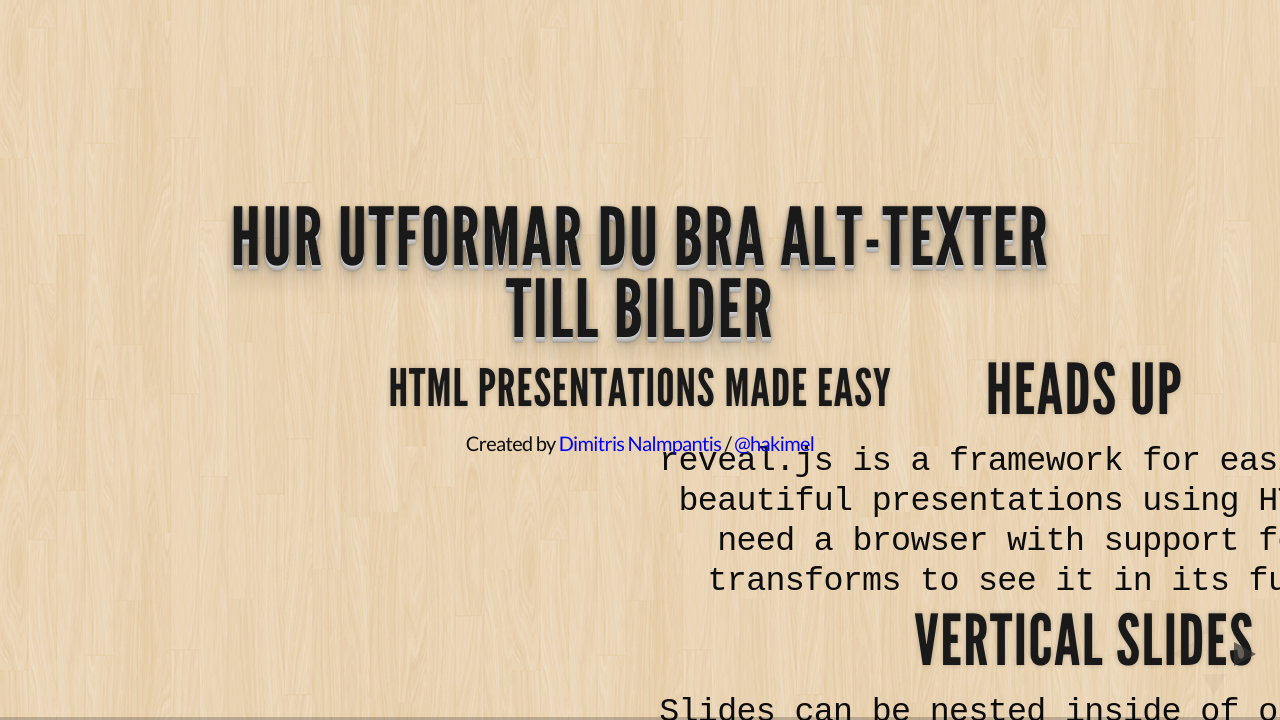
Repository: dn222em/lik415-dn222em-Webbsideprojekt
Page: index.html
The author's editor kept a record of every edit. The page is drawn from the files as they stood at one moment, then again after the next edit.
The browser window is 1280 px wide. The pictures show the whole page.

Above is the page before.

### index.html
<!doctype html>
<html lang="en">

	<head>
		<meta charset="utf-8">

		<title>Alt-text</title>

		<meta name="description" content="Hur utfomrar man bra alt-texter till bilder">
		<meta name="author" content="Dimitris Nalmpantis">

		<meta name="apple-mobile-web-app-capable" content="yes" />
		<meta name="apple-mobile-web-app-status-bar-style" content="black-translucent" />

		<meta name="viewport" content="width=device-width, initial-scale=1.0, maximum-scale=1.0, user-scalable=no">

		<link rel="stylesheet" href="css/reveal.min.css">
		<link rel="stylesheet" href="css/theme/dimis.css" id="theme">

		<!-- For syntax highlighting -->
		<link rel="stylesheet" href="lib/css/zenburn.css">

		<!-- If the query includes 'print-pdf', include the PDF print sheet -->
		<script>
			if( window.location.search.match( /print-pdf/gi ) ) {
				var link = document.createElement( 'link' );
				link.rel = 'stylesheet';
				link.type = 'text/css';
				link.href = 'css/print/pdf.css';
				document.getElementsByTagName( 'head' )[0].appendChild( link );
			}
		</script>

		<!--[if lt IE 9]>
		<script src="lib/js/html5shiv.js"></script>
		<![endif]-->
	</head>

	<body>

		<div class="reveal">

			<!-- Any section element inside of this container is displayed as a slide -->
			<div class="slides">
				<section>
					<h1>Hur utformar du bra alt-texter till bilder</h1>
					<h3>HTML Presentations Made Easy</h3>
					<p>
						<small>Created by <a href="http://hakim.se">Dimitris Nalmpantis</a> / <a href="http://twitter.com/hakimel">@hakimel</a></small>
					</p>
				</section>
				<section>
						<h2>Vad innebär alt-texten?</h2>
						<ul>
							<li class="fragment highlight-red" class="fragment"><em>Meningsbärande bilder:</em></li><br>
							<li class="fragment highlight-red" class="fragment"><em>Alt-texten finns för att:</em></li><br>
							<li class="fragment highlight-red" class="fragment"><em>Alt-texten skall :</em></li>
						</ul>

					</section>
					<section id="fragments">
					<h2>Regler för rätt utformning</h2>
						<ul id="three">
							<li class="fragment"><strong>alt=""</strong></li><br>
							<li class="fragment"><strong>Minimum 8 tecken - maximum 100 - gräns 150 tecken</strong></li><br>
							<li class="fragment"><strong>Bildtext == alt-text</strong></li><br>
							<li class="fragment"><strong>Bild som länk</strong></li><br>
							<li class="fragment"><strong>Övrigt</strong></li>

						</ul>
					</section>
                <section>
				    <h2>Mina källor:</h2>
					    <p class="kallor"><code>Verva -verket för förvaltnings utveckling</code>
( http://arkiv.edelegationen.se/verva/verksamhetsstod/webb/vl24/2006/5/6/1/index.html )
						  </p>
						  <p class="kallor"><code>eutveckling.se</code>
( http://www.eutveckling.se/riktlinjer/webb/5/6/1/ )
							</p>
							<p><code>initiva.se</code>
( http://www.initiva.se/Sokmotoroptimering/Bra_tips_for_att_synas_battre_hos_sokmotorerna )
							</p>
							<p><code>Stockholms Universitet</code>
( http://www.su.se/medarbetare/visuellidentitet/identitetselement/tonalitet-och-spr%C3%A5k/att-skriva-f%C3%B6r-olika-kanaler/att-skriva-f%C3%B6r-webben )
							</p>
							<p><code>användbart.se
( http://www.anvandbart.se/ab/alt/ )
							</p>
					</section>
				<section>
					<h2>Heads Up</h2>
					<p>
						reveal.js is a framework for easily creating beautiful presentations using HTML. You'll need a browser with
						support for CSS 3D transforms to see it in its full glory.
					</p>

					<aside class="notes">
						Oh hey, these are some notes. They'll be hidden in your presentation, but you can see them if you open the speaker notes window (hit 's' on your keyboard).
					</aside>
				</section>

				<!-- Example of nested vertical slides -->
				<section>
					<section>
						<h2>Vertical Slides</h2>
						<p>
							Slides can be nested inside of other slides,
							try pressing <a href="#" class="navigate-down">down</a>.
						</p>
						<a href="#" class="image navigate-down">
							<img width="178" height="238" src="https://s3.amazonaws.com/hakim-static/reveal-js/arrow.png" alt="Down arrow">
						</a>
					</section>
					<section>
						<h2>Basement Level 1</h2>
						<p>Press down or up to navigate.</p>
					</section>
					<section>
						<h2>Basement Level 2</h2>
						<p>Cornify</p>
						<a class="test" href="http://cornify.com">
							<img width="280" height="326" src="https://s3.amazonaws.com/hakim-static/reveal-js/cornify.gif" alt="Unicorn">
						</a>
					</section>

					<section>
						<h2>Basement Level 3</h2>
						<p>That's it, time to go back up.</p>
						<a href="#/2" class="image">
							<img width="178" height="238" src="https://s3.amazonaws.com/hakim-static/reveal-js/arrow.png" alt="Up arrow" style="-webkit-transform: rotate(180deg);">
						</a>
					</section>
				</section>

				<section>
					<h2>Slides</h2>
					<p>
						Not a coder? No problem. There's a fully-featured visual editor for authoring these, try it out at <a href="http://slid.es" target="_blank">http://slid.es</a>.
					</p>
				</section>

				<section>
					<h2>Point of View</h2>
					<p>
						Press <strong>ESC</strong> to enter the slide overview.
					</p>
					<p>
						Hold down alt and click on any element to zoom in on it using <a href="http://lab.hakim.se/zoom-js">zoom.js</a>. Alt + click anywhere to zoom back out.
					</p>
				</section>

				<section>
					<h2>Works in Mobile Safari</h2>
					<p>
						Try it out! You can swipe through the slides and pinch your way to the overview.
					</p>
				</section>

				<section>
					<h2>Marvelous Unordered List</h2>
					<ul>
						<li>No order here</li>
						<li>Or here</li>
						<li>Or here</li>
						<li>Or here</li>
					</ul>
				</section>

				<section>
					<h2>Fantastic Ordered List</h2>
					<ol>
						<li>One is smaller than...</li>
						<li>Two is smaller than...</li>
						<li>Three!</li>
					</ol>
				</section>

				<section data-markdown>
					<script type="text/template">
						## Markdown support

						For those of you who like that sort of thing. Instructions and a bit more info available [here](https://github.com/hakimel/reveal.js#markdown).

						```
						<section data-markdown>
						  ## Markdown support

						  For those of you who like that sort of thing.
						  Instructions and a bit more info available [here](https://github.com/hakimel/reveal.js#markdown).
						</section>
						```
					</script>
				</section>

				<section id="transitions">
					<h2>Transition Styles</h2>
					<p>
						You can select from different transitions, like: <br>
						<a href="?transition=cube#/transitions">Cube</a> -
						<a href="?transition=page#/transitions">Page</a> -
						<a href="?transition=concave#/transitions">Concave</a> -
						<a href="?transition=zoom#/transitions">Zoom</a> -
						<a href="?transition=linear#/transitions">Linear</a> -
						<a href="?transition=fade#/transitions">Fade</a> -
						<a href="?transition=none#/transitions">None</a> -
						<a href="?#/transitions">Default</a>
					</p>
				</section>

				<section id="themes">
					<h2>Themes</h2>
					<p>
						Reveal.js comes with a few themes built in: <br>
						<a href="?#/themes">Default</a> -
						<a href="?theme=sky#/themes">Sky</a> -
						<a href="?theme=beige#/themes">Beige</a> -
						<a href="?theme=simple#/themes">Simple</a> -
						<a href="?theme=serif#/themes">Serif</a> -
						<a href="?theme=night#/themes">Night</a> <br>
						<a href="?theme=moon#/themes">Moon</a> -
						<a href="?theme=solarized#/themes">Solarized</a>
					</p>
					<p>
						<small>
							* Theme demos are loaded after the presentation which leads to flicker. In production you should load your theme in the <code>&lt;head&gt;</code> using a <code>&lt;link&gt;</code>.
						</small>
					</p>
				</section>

				<section>
					<h2>Global State</h2>
					<p>
						Set <code>data-state="something"</code> on a slide and <code>"something"</code>
						will be added as a class to the document element when the slide is open. This lets you
						apply broader style changes, like switching the background.
					</p>
				</section>

				<section data-state="customevent">
					<h2>Custom Events</h2>
					<p>
						Additionally custom events can be triggered on a per slide basis by binding to the <code>data-state</code> name.
					</p>
					<pre><code data-trim contenteditable style="font-size: 18px; margin-top: 20px;">
Reveal.addEventListener( 'customevent', function() {
	console.log( '"customevent" has fired' );
} );
					</code></pre>
				</section>

				<section>
					<section data-background="#007777">
						<h2>Slide Backgrounds</h2>
						<p>
							Set <code>data-background="#007777"</code> on a slide to change the full page background to the given color. All CSS color formats are supported.
						</p>
						<a href="#" class="image navigate-down">
							<img width="178" height="238" src="https://s3.amazonaws.com/hakim-static/reveal-js/arrow.png" alt="Down arrow">
						</a>
					</section>
					<section data-background="https://s3.amazonaws.com/hakim-static/reveal-js/arrow.png">
						<h2>Image Backgrounds</h2>
						<pre><code>&lt;section data-background="image.png"&gt;</code></pre>
					</section>
					<section data-background="https://s3.amazonaws.com/hakim-static/reveal-js/arrow.png" data-background-repeat="repeat" data-background-size="100px">
						<h2>Repeated Image Backgrounds</h2>
						<pre><code style="word-wrap: break-word;">&lt;section data-background="image.png" data-background-repeat="repeat" data-background-size="100px"&gt;</code></pre>
					</section>
				</section>

				<section data-transition="linear" data-background="#4d7e65" data-background-transition="slide">
					<h2>Background Transitions</h2>
					<p>
						Pass reveal.js the <code>backgroundTransition: 'slide'</code> config argument to make backgrounds slide rather than fade.
					</p>
				</section>

				<section data-transition="linear" data-background="#8c4738" data-background-transition="slide">
					<h2>Background Transition Override</h2>
					<p>
						You can override background transitions per slide by using <code>data-background-transition="slide"</code>.
					</p>
				</section>

				<section>
					<h2>Clever Quotes</h2>
					<p>
						These guys come in two forms, inline: <q cite="http://searchservervirtualization.techtarget.com/definition/Our-Favorite-Technology-Quotations">
						&ldquo;The nice thing about standards is that there are so many to choose from&rdquo;</q> and block:
					</p>
					<blockquote cite="http://searchservervirtualization.techtarget.com/definition/Our-Favorite-Technology-Quotations">
						&ldquo;For years there has been a theory that millions of monkeys typing at random on millions of typewriters would
						reproduce the entire works of Shakespeare. The Internet has proven this theory to be untrue.&rdquo;
					</blockquote>
				</section>

				<section>
					<h2>Pretty Code</h2>
					<pre><code data-trim contenteditable>
function linkify( selector ) {
  if( supports3DTransforms ) {

    var nodes = document.querySelectorAll( selector );

    for( var i = 0, len = nodes.length; i &lt; len; i++ ) {
      var node = nodes[i];

      if( !node.className ) {
        node.className += ' roll';
      }
    }
  }
}
					</code></pre>
					<p>Courtesy of <a href="http://softwaremaniacs.org/soft/highlight/en/description/">highlight.js</a>.</p>
				</section>

				<section>
					<h2>Intergalactic Interconnections</h2>
					<p>
						You can link between slides internally,
						<a href="#/2/3">like this</a>.
					</p>
				</section>

				<section>
					<section id="fragments">
						<h2>Fragmented Views</h2>
						<p>Hit the next arrow...</p>
						<p class="fragment">... to step through ...</p>
						<ol>
							<li class="fragment"><code>any type</code></li>
							<li class="fragment"><em>of view</em></li>
							<li class="fragment"><strong>fragments</strong></li>
						</ol>

						<aside class="notes">
							This slide has fragments which are also stepped through in the notes window.
						</aside>
					</section>
					<section>
						<h2>Fragment Styles</h2>
						<p>There's a few styles of fragments, like:</p>
						<p class="fragment grow">grow</p>
						<p class="fragment shrink">shrink</p>
						<p class="fragment roll-in">roll-in</p>
						<p class="fragment fade-out">fade-out</p>
						<p class="fragment highlight-red">highlight-red</p>
						<p class="fragment highlight-green">highlight-green</p>
						<p class="fragment highlight-blue">highlight-blue</p>
						<p class="fragment current-visible">current-visible</p>
						<p class="fragment highlight-current-blue">highlight-current-blue</p>
					</section>
				</section>

				<section>
					<h2>Spectacular image!</h2>
					<a class="image" href="http://lab.hakim.se/meny/" target="_blank">
						<img width="320" height="299" src="http://s3.amazonaws.com/hakim-static/portfolio/images/meny.png" alt="Meny">
					</a>
				</section>

				<section>
					<h2>Export to PDF</h2>
					<p>Presentations can be <a href="https://github.com/hakimel/reveal.js#pdf-export">exported to PDF</a>, below is an example that's been uploaded to SlideShare.</p>
					<iframe id="slideshare" src="http://www.slideshare.net/slideshow/embed_code/13872948" width="455" height="356" style="margin:0;overflow:hidden;border:1px solid #CCC;border-width:1px 1px 0;margin-bottom:5px" allowfullscreen> </iframe>
					<script>
						document.getElementById('slideshare').attributeName = 'allowfullscreen';
					</script>
				</section>

				<section>
					<h2>Take a Moment</h2>
					<p>
						Press b or period on your keyboard to enter the 'paused' mode. This mode is helpful when you want to take distracting slides off the screen
						during a presentation.
					</p>
				</section>

				<section>
					<h2>Stellar Links</h2>
					<ul>
						<li><a href="http://slid.es">Try the online editor</a></li>
						<li><a href="https://github.com/hakimel/reveal.js">Source code on GitHub</a></li>
						<li><a href="http://twitter.com/hakimel">Follow me on Twitter</a></li>
					</ul>
				</section>

				<section>
					<h1>THE END</h1>
					<h3>BY Hakim El Hattab / hakim.se</h3>
				</section>

			</div>

		</div>

		<script src="lib/js/head.min.js"></script>
		<script src="js/reveal.min.js"></script>

		<script>

			// Full list of configuration options available here:
			// https://github.com/hakimel/reveal.js#configuration
			Reveal.initialize({
				controls: true,
				progress: true,
				history: true,
				center: true,

				theme: Reveal.getQueryHash().theme, // available themes are in /css/theme
				transition: Reveal.getQueryHash().transition || 'default', // default/cube/page/concave/zoom/linear/fade/none

				// Parallax scrolling
				// parallaxBackgroundImage: 'https://s3.amazonaws.com/hakim-static/reveal-js/reveal-parallax-1.jpg',
				// parallaxBackgroundSize: '2100px 900px',

				// Optional libraries used to extend on reveal.js
				dependencies: [
					{ src: 'lib/js/classList.js', condition: function() { return !document.body.classList; } },
					{ src: 'plugin/markdown/marked.js', condition: function() { return !!document.querySelector( '[data-markdown]' ); } },
					{ src: 'plugin/markdown/markdown.js', condition: function() { return !!document.querySelector( '[data-markdown]' ); } },
					{ src: 'plugin/highlight/highlight.js', async: true, callback: function() { hljs.initHighlightingOnLoad(); } },
					{ src: 'plugin/zoom-js/zoom.js', async: true, condition: function() { return !!document.body.classList; } },
					{ src: 'plugin/notes/notes.js', async: true, condition: function() { return !!document.body.classList; } }
				]
			});

		</script>

	</body>
</html>

### css/theme/dimis.css
@import url(https://fonts.googleapis.com/css?family=Lato:400,700,400italic,700italic);
/**
 * Default theme for reveal.js.
 *
 * Copyright (C) 2011-2012 Hakim El Hattab, http://hakim.se
 */
@font-face {
  font-family: 'League Gothic';
  src: url("../../lib/font/league_gothic-webfont.eot");
  src: url("../../lib/font/league_gothic-webfont.eot?#iefix") format("embedded-opentype"), url("../../lib/font/league_gothic-webfont.woff") format("woff"), url("../../lib/font/league_gothic-webfont.ttf") format("truetype"), url("../../lib/font/league_gothic-webfont.svg#LeagueGothicRegular") format("svg");
  font-weight: normal;
  font-style: normal; }

/*********************************************
 * GLOBAL STYLES
 *********************************************/
body {
  background-image:url(pics/retina_wood.png);
  background-repeat:repeat;
  /*background: #1c1e20;
  background: -moz-radial-gradient(center, circle cover, #555a5f 0%, #1c1e20 100%);
  background: -webkit-gradient(radial, center center, 0px, center center, 100%, color-stop(0%, #555a5f), color-stop(100%, #1c1e20));
  background: -webkit-radial-gradient(center, circle cover, #555a5f 0%, #1c1e20 100%);
  background: -o-radial-gradient(center, circle cover, #555a5f 0%, #1c1e20 100%);
  background: -ms-radial-gradient(center, circle cover, #555a5f 0%, #1c1e20 100%);
  background: radial-gradient(center, circle cover, #555a5f 0%, #1c1e20 100%);
  background-color: #2b2b2b; */}

.reveal {
  font-family: "Lato", sans-serif;
  font-size: 36px;
  font-weight: normal;
  letter-spacing: -0.02em;
  color: #eeeeee; }

::selection {
  color: white;
  background: #ff5e99;
  text-shadow: none; }

/*********************************************
 * HEADERS
 *********************************************/
.reveal h1,
.reveal h2,
.reveal h3,
.reveal h4,
.reveal h5,
.reveal h6 {
  margin: 0 0 20px 0;
  color:#191919;
  /*color: #eeeeee;*/
  font-family: "League Gothic", Impact, sans-serif;
  line-height: 0.9em;
  letter-spacing: 0.02em;
  text-transform: uppercase;
  text-shadow: 0px 0px 6px rgba(0, 0, 0, 0.2); }

.reveal h1 {
  text-shadow: 0 1px 0 #cccccc, 0 2px 0 #c9c9c9, 0 3px 0 #bbbbbb, 0 4px 0 #b9b9b9, 0 5px 0 #aaaaaa, 0 6px 1px rgba(0, 0, 0, 0.1), 0 0 5px rgba(0, 0, 0, 0.1), 0 1px 3px rgba(0, 0, 0, 0.3), 0 3px 5px rgba(0, 0, 0, 0.2), 0 5px 10px rgba(0, 0, 0, 0.25), 0 20px 20px rgba(0, 0, 0, 0.15); font-size:2.4em; }

p{
  color:#0c0c0c;
}
a{
  color:blue;
}
ol, ul{
  color:#0c0c0c;
}

li, dl, dt, dd{
  color:#0c0c0c;
}
/*********************************************
 * LINKS
 *********************************************/
.reveal a:not(.image) {
  color:blue;
 /* color: #13daec;*/
  text-decoration: none;
  -webkit-transition: color .15s ease;
  -moz-transition: color .15s ease;
  -ms-transition: color .15s ease;
  -o-transition: color .15s ease;
  transition: color .15s ease; }

.reveal a:not(.image):hover {
  color:green;
  /*color: #71e9f4;*/
  text-shadow: none;
  border: none; }

.reveal .roll span:after {
  color: #fff;
  background: #0d99a5; }

/*********************************************
 * IMAGES
 *********************************************/
.reveal section img {
  margin: 15px 0px;
  background: rgba(255, 255, 255, 0.12);
  border: 4px solid #eeeeee;
  box-shadow: 0 0 10px rgba(0, 0, 0, 0.15);
  -webkit-transition: all .2s linear;
  -moz-transition: all .2s linear;
  -ms-transition: all .2s linear;
  -o-transition: all .2s linear;
  transition: all .2s linear; }

.reveal a:hover img {
  background: rgba(255, 255, 255, 0.2);
  border-color: #13daec;
  box-shadow: 0 0 20px rgba(0, 0, 0, 0.55); }

/*********************************************
 * NAVIGATION CONTROLS
 *********************************************/
.reveal .controls div.navigate-left,
.reveal .controls div.navigate-left.enabled {
  border-right-color:#323232;/* #13daec; */}

.reveal .controls div.navigate-right,
.reveal .controls div.navigate-right.enabled {
  border-left-color: #323232; /*#13daec;*/ }

.reveal .controls div.navigate-up,
.reveal .controls div.navigate-up.enabled {
  border-bottom-color: #323232;/*#13daec;*/ }

.reveal .controls div.navigate-down,
.reveal .controls div.navigate-down.enabled {
  border-top-color: #323232;/*#13daec; */}

.reveal .controls div.navigate-left.enabled:hover {
  border-right-color: #71e9f4; }

.reveal .controls div.navigate-right.enabled:hover {
  border-left-color: #71e9f4; }

.reveal .controls div.navigate-up.enabled:hover {
  border-bottom-color: #71e9f4; }

.reveal .controls div.navigate-down.enabled:hover {
  border-top-color: #71e9f4; }

/*********************************************
 * PROGRESS BAR
 *********************************************/
.reveal .progress {
  background: rgba(0, 0, 0, 0.2); }

.reveal .progress span {
  background: #13daec;
  -webkit-transition: width 800ms cubic-bezier(0.26, 0.86, 0.44, 0.985);
  -moz-transition: width 800ms cubic-bezier(0.26, 0.86, 0.44, 0.985);
  -ms-transition: width 800ms cubic-bezier(0.26, 0.86, 0.44, 0.985);
  -o-transition: width 800ms cubic-bezier(0.26, 0.86, 0.44, 0.985);
  transition: width 800ms cubic-bezier(0.26, 0.86, 0.44, 0.985); }

/*********************************************
 * SLIDE NUMBER
 *********************************************/
.reveal .slide-number {
  color: #13daec; }


/*================================================
                  Mine
==================================================*/
body .kallor{
  font-size:0.5em;
  color:blue;
  font-style:italic;
}
.kallor code{
  color:black;
  font-family:"Arial", "Verdana";
  font-size:1.3em;
}

### plugin/notes/notes.js
/**
 * Handles opening of and synchronization with the reveal.js
 * notes window.
 */
var RevealNotes = (function() {

	function openNotes() {
		var jsFileLocation = document.querySelector('script[src$="notes.js"]').src;  // this js file path
		jsFileLocation = jsFileLocation.replace(/notes\.js(\?.*)?$/, '');   // the js folder path
		var notesPopup = window.open( jsFileLocation + 'notes.html', 'reveal.js - Notes', 'width=1120,height=850' );

		// Fires when slide is changed
		Reveal.addEventListener( 'slidechanged', post );

		// Fires when a fragment is shown
		Reveal.addEventListener( 'fragmentshown', post );

		// Fires when a fragment is hidden
		Reveal.addEventListener( 'fragmenthidden', post );

		/**
		 * Posts the current slide data to the notes window
		 */
		function post() {
			var slideElement = Reveal.getCurrentSlide(),
				slideIndices = Reveal.getIndices(),
				messageData;

			var notes = slideElement.querySelector( 'aside.notes' ),
				nextindexh,
				nextindexv;

			if( slideElement.nextElementSibling && slideElement.parentNode.nodeName == 'SECTION' ) {
				nextindexh = slideIndices.h;
				nextindexv = slideIndices.v + 1;
			} else {
				nextindexh = slideIndices.h + 1;
				nextindexv = 0;
			}

			messageData = {
				notes : notes ? notes.innerHTML : '',
				indexh : slideIndices.h,
				indexv : slideIndices.v,
				indexf : slideIndices.f,
				nextindexh : nextindexh,
				nextindexv : nextindexv,
				markdown : notes ? typeof notes.getAttribute( 'data-markdown' ) === 'string' : false
			};

			notesPopup.postMessage( JSON.stringify( messageData ), '*' );
		}

		// Navigate to the current slide when the notes are loaded
		notesPopup.addEventListener( 'load', function( event ) {
			post();
		}, false );
	}

	// If the there's a 'notes' query set, open directly
	if( window.location.search.match( /(\?|\&)notes/gi ) !== null ) {
		openNotes();
	}

	// Open the notes when the 's' key is hit
	document.addEventListener( 'keydown', function( event ) {
		// Disregard the event if the target is editable or a
		// modifier is present
		if ( document.querySelector( ':focus' ) !== null || event.shiftKey || event.altKey || event.ctrlKey || event.metaKey ) return;

		if( event.keyCode === 83 ) {
			event.preventDefault();
			openNotes();
		}
	}, false );

	return { open: openNotes };
})();

Loaded but not shown: css/reveal.min.css (library); lib/css/zenburn.css (common file); lib/js/head.min.js (library); js/reveal.min.js (library); plugin/markdown/marked.js (library); plugin/markdown/markdown.js (library); plugin/highlight/highlight.js (library); plugin/zoom-js/zoom.js (library)

After the next edit:
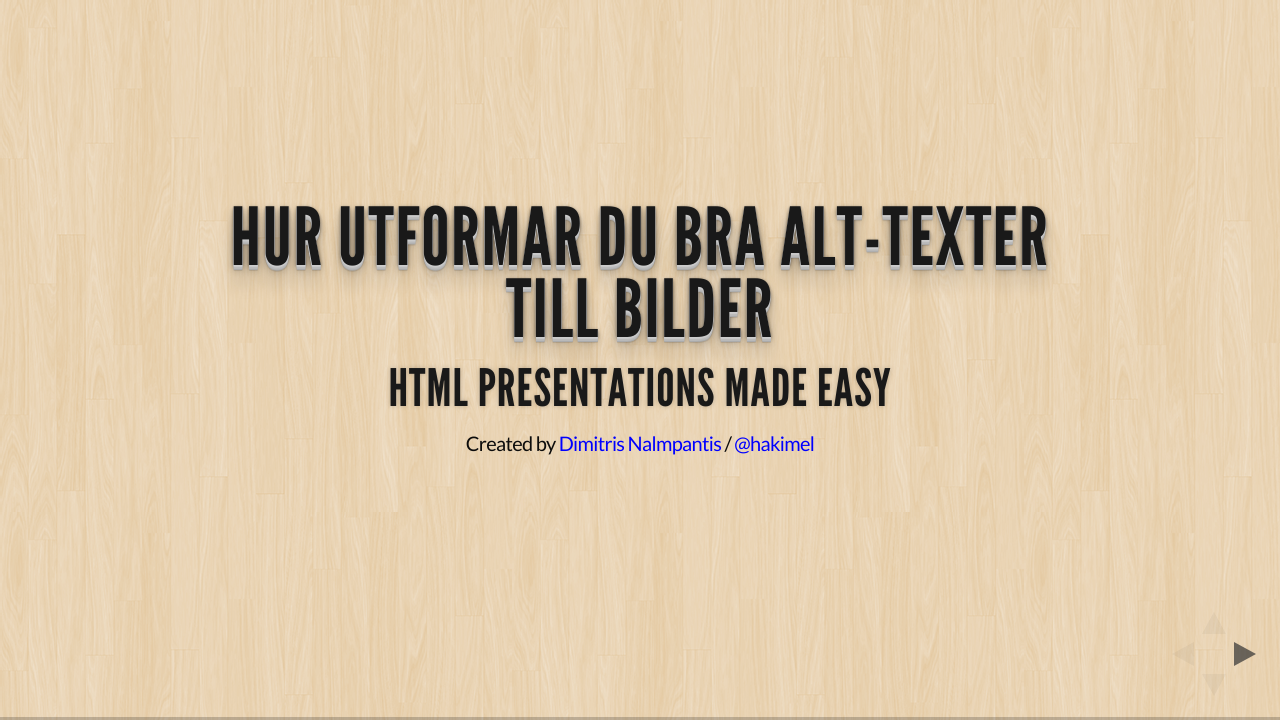
The edit:
--- a/index.html
+++ b/index.html
@@ -83,7 +83,7 @@
 							<p><code>Stockholms Universitet</code>
 ( http://www.su.se/medarbetare/visuellidentitet/identitetselement/tonalitet-och-spr%C3%A5k/att-skriva-f%C3%B6r-olika-kanaler/att-skriva-f%C3%B6r-webben )
 							</p>
-							<p><code>användbart.se
+							<p><code>användbart.se</code>
 ( http://www.anvandbart.se/ab/alt/ )
 							</p>
 					</section>
